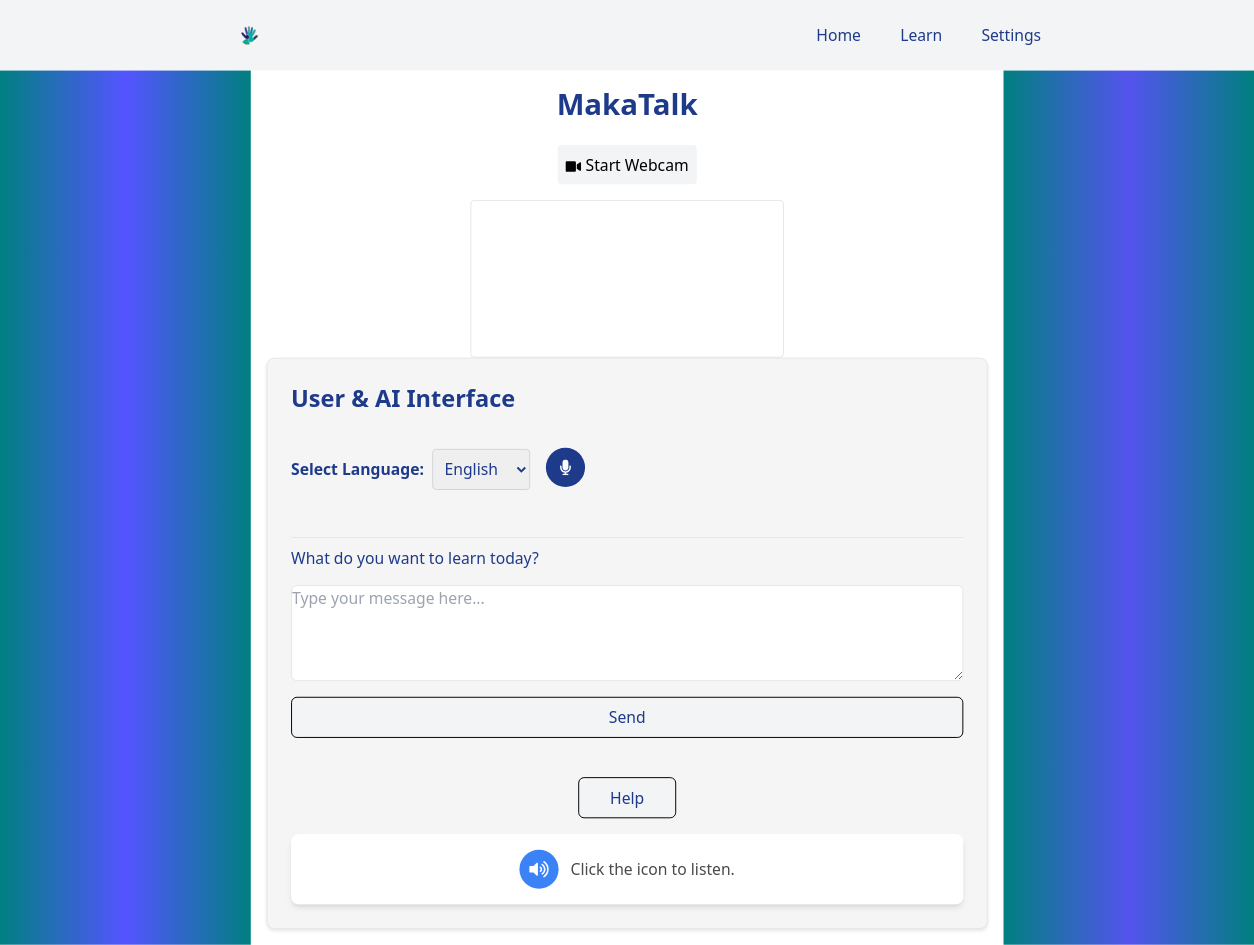
Repository: maria2469/MakaTalk
Page: /learn
An editor plug-in stored every save of this project. The page is shown before and after a run of saves, followed by the edit.
The browser window is 1280 px wide. The pictures show the whole page, at 98% of full size.
The page's requests for data from a server got no answer. The project was rebuilt for these pictures with package versions that can differ from the ones it lists, and the page was loaded fresh each time. No one was signed in, and anything a server would have sent is missing. Also part of the build but not shown: vite.config.js, src/components/LandingPage/Landing.jsx.

Above is the page before, as saved 2024-10-10 14:52:02.

### index.html
<!doctype html>
<html lang="en">
  <head>
    <meta charset="UTF-8" />
    <link rel="icon" type="image/svg+xml" href="/images/MakaTalkLogo.svg" />
    <meta name="viewport" content="width=device-width, initial-scale=1.0" />
    <title>MakaTalk</title>
  </head>
  <body>
    <div id="root"></div>
    <script type="module" src="/src/main.jsx"></script>
  </body>
</html>

### src/main.jsx

console.log('main.js loaded'); // Add this line


import { StrictMode } from 'react'
import { createRoot } from 'react-dom/client'
import App from './App.jsx'
import './index.css'

createRoot(document.getElementById('root')).render(
  <StrictMode>

    <App />
  </StrictMode>,
)

### src/App.jsx
import React from "react";
import { BrowserRouter as Router, Routes, Route } from "react-router-dom";
import Landing from "./components/LandingPage/Landing";
import Learn from "./components/Learn/Learn";

const App = () => {
  return (
    <Router>
      <Routes>
        <Route path="/" element={<Landing />} />
        <Route path="/learn" element={<Learn />} />
      </Routes>
    </Router>
  );
};

export default App;

### src/components/LandingPage/Navbar.jsx
import React from 'react';

const Navbar = () => {
  return (
    <div className="flex items-center justify-around p-3 bg-gray-100 text-blue-900 gap-40">
      <img src="/images/MakaTalkLogo.svg" alt="Logo" className="h-12 w-auto ml-5 justify-start" /> {/* Logo aligned to the extreme left */}
      <div className="flex space-x-10 mr-2 justify-center ">
        <p className="cursor-pointer hover:text-black">Home</p>
        <p className="cursor-pointer hover:text-black">Learn</p>
        <p className="cursor-pointer hover:text-black">Settings</p>
      </div>
    </div>
  );
}

export default Navbar;

### src/components/Learn/Learn.css
:root {
  --primary-color: #3b82f6; /* Blue */
  --primary-hover: #2563eb; /* Darker blue on hover */
  --background-color: #ffffff; /* White */
  --light-gray: #e5e7eb; /* Light gray */
  --gradient-left: linear-gradient(to right, teal, rgba(48, 48, 255, 0.827), teal);
  --gradient-right: linear-gradient(to right, teal, rgba(47, 47, 234, 0.822), teal);
}

.learn-container {
  display: flex;
  flex-direction: column;
  height: 100vh; /* Full viewport height */
}

.main-content {
  display: flex;
  flex: 1; /* Allow main content to fill the remaining space */
  position: relative; /* Set relative positioning */
}

.left-section,
.right-section {
  width: 20%; /* Each side section takes up 20% of the width */
  display: flex;
  align-items: center;
  justify-content: center;
  color: #1e3a8a; /* Set text color to blue-900 */
}

.left-section {
  background: var(--gradient-left); /* Light to dark blue gradient */
}

.right-section {
  background: var(--gradient-right); /* Darker blue gradient */
}

.center-section {
  width: 60%;
  display: flex;
  flex-direction: column;
  align-items: center;
  justify-content: center; /* Vertically center the content */
  background-color: var(--background-color);
  padding: 1rem;
  height: 100%; /* Ensure it takes full height of the container */
  color: #1e3a8a; /* Set text color to blue-900 */
}

h1 {
  text-align: center; /* Center the text horizontally */
  margin: 0; /* Reset margin to avoid unnecessary space */
}

.interface-card {
  padding: 1.5rem;
  border: 1px solid var(--light-gray);
  border-radius: 0.5rem;
  box-shadow: 0 2px 4px rgba(0, 0, 0, 0.1);
  width: 100%;
  height: auto; /* Adjust height so the content fits without scrolling */
  background-color: #F5F5F5;
  color: #1e3a8a; /* Set text color to blue-900 */
}

textarea {
  border: 1px solid var(--light-gray);
  padding: 0.5rem;
  border-radius: 0.375rem;
  width: 100%; /* Full width */
  color: #1e3a8a; /* Set text color to blue-900 */
}

/* Button container for the row */
.button-row {
  display: flex;
  gap: 1rem; /* Space between the buttons */
  margin-top: 1rem; /* Space above the buttons */

}

.send-button, .help-button {
  background-color: var(--primary-color);
  color: white;
  border: none;
  border-radius: 8px;
  padding: 12px 24px;
  font-size: 16px;
  cursor: pointer;
  transition: background-color 0.3s ease, transform 0.2s ease;
}

.send-button:hover, .help-button:hover {
  background-color: var(--primary-hover);
  transform: translateY(-2px); /* Slight lift effect */
}

.ai-response {
  margin-top: 1rem;
  border-top: 1px solid var(--light-gray);
  padding-top: 0.5rem;
  color: #1e3a8a; /* Set text color to blue-900 */
}

/* Common button styling */
.common-button {
  background-color: #f3f4f6; /* Gray-100 */
  border: 1px solid black; /* Black border */
  color: #1e3a8a; /* Set text color to blue-900 */
  padding: 0.5rem 2rem; /* Padding */
  border-radius: 0.375rem; /* Rounded corners */
  cursor: pointer; /* Pointer cursor */
  transition: background-color 0.3s ease; /* Smooth transition */
}

.common-button:hover {
  background-color: #1e40af; /* Blue-900 on hover */
  color: white; /* Optional: change text color on hover */
}

/* Responsive Design */
@media (max-width: 768px) {
  .left-section,
  .right-section,
  .center-section {
      width: 100%; /* Full width on small screens */
      padding: 0.5rem;
  }

  .main-content {
      flex-direction: column; /* Stack sections vertically */
  }

  .button-row {
      flex-direction: column; /* Stack buttons vertically on smaller screens */
      gap: 0.5rem;
  }
}
.language-and-speech {
  display: flex;
  gap: 1rem;
}

### src/components/Choices/Colors/Colors.jsx
// Colors.js
const colorOptions = {
    black: {
        image: './images/BlackSIG.svg', // Ensure this path is correct
        instructions: 'To sign black, hold your hand flat and move it across your chest.',
    },
    blue: {
        image: './images/BlueSIG.svg', // Ensure this path is correct
        instructions: 'To sign blue, wave your hand near your chest.',
    },
    brown: {
        image: './images/BrownSIG.svg', // Ensure this path is correct
        instructions: 'To sign brown, use a flat hand and tap it on your forehead.',
    },
    gold: {
        image: './images/GoldSIG.svg', // Ensure this path is correct
        instructions: 'To sign gold, touch your fingers to your chin and move down.',
    },
    green: {
        image: './images/GreenSIG.svg', // Ensure this path is correct
        instructions: 'To sign green, point your finger up and wiggle it.',
    },
    grey: {
        image: './images/GreySIG.svg', // Ensure this path is correct
        instructions: 'To sign grey, make a “G” shape with your hand.',
    },
    orange: {
        image: './images/OrangeSIG.svg', // Ensure this path is correct
        instructions: 'To sign orange, use a fist and tap it on your side.',
    },
    pink: {
        image: './images/PinkSIG.svg', // Ensure this path is correct
        instructions: 'To sign pink, extend your pinky finger and wave it.',
    },
    purple: {
        image: './images/PurpleSIG.svg', // Ensure this path is correct
        instructions: 'To sign purple, move your hand in a circular motion.',
    },
    red: {
        image: './images/RedSIG.svg', // Ensure this path is correct
        instructions: 'To sign red, extend your hand and touch your chin.',
    },
    silver: {
        image: './images/SilverSIG.svg', // Ensure this path is correct
        instructions: 'To sign silver, make a fist and tap it on your wrist.',
    },
    white: {
        image: './images/WhiteSIG.svg', // Ensure this path is correct
        instructions: 'To sign white, wave your hand in front of your chest.',
    },
    yellow: {
        image: './images/YellowSIG.svg', // Ensure this path is correct
        instructions: 'To sign yellow, make a “Y” shape with your hand and shake it.',
    },
    // Add more colors and their corresponding images and instructions as needed
};

export default colorOptions;

### src/components/Languagedropdown/Language.jsx
import React from 'react';

const LanguageDropdown = ({ selectedLanguage, onLanguageChange, languages }) => {
  // Default language options in case languages aren't passed as props
  const defaultLanguages = [
    { code: 'en', label: 'English' },
    { code: 'es', label: 'Spanish' },
    { code: 'fr', label: 'French' },
    { code: 'de', label: 'German' },
    { code: 'zh', label: 'Chinese' },
    // Add more languages as needed
  ];

  const availableLanguages = languages || defaultLanguages; // Use passed languages or default

  return (
    <div className="language-dropdown mb-4 mt-5">
      <label htmlFor="languageSelect" className="font-bold mr-2">
        Select Language:
      </label>
      <select
        id="languageSelect"
        aria-label="Select language"
        value={selectedLanguage}
        onChange={onLanguageChange} // Pass the handler from the parent
        className="border border-gray-300 rounded p-2"
      >
        {availableLanguages.map((lang) => (
          <option key={lang.code} value={lang.code}>
            {lang.label}
          </option>
        ))}
      </select>
    </div>
  );
};

export default LanguageDropdown;

### src/components/UserAiResponse/UserAiResponse.jsx
import React from 'react';

const UserAiResponse = ({ aiResponse, userInput, onInputChange, onSubmit }) => {
    return (
        <div className="flex flex-col">
            <div className="ai-response mb-4">
                <p>{aiResponse}</p>
            </div>
            <textarea
                placeholder="Type your message here..."
                rows="4"
                value={userInput}
                onChange={onInputChange}
            />
            <button className="common-button mt-4" onClick={onSubmit}>
                Send
            </button>
        </div>
    );
};

export default UserAiResponse;

### src/components/VoiceToVoice/VoiceToVoiceButton.jsx
import React, { useState } from 'react';
import { FaMicrophone } from 'react-icons/fa';
import TextToSpeech from '../TextToSpeech/TextToSpeech'; // Import the TextToSpeech component

const VoiceToVoiceButton = ({ selectedLanguage }) => {
    const [userInput, setUserInput] = useState('');
    const [aiResponse, setAiResponse] = useState('');
    const [isProcessing, setIsProcessing] = useState(false);
    const [isListening, setIsListening] = useState(false);
    const [recognition, setRecognition] = useState(null); // State to store recognition instance

    // Function to handle API call to backend
    const handleApiCall = async (inputText) => {
        setIsProcessing(true);

        try {
            const response = await fetch('/api/process-input', {
                method: 'POST',
                headers: {
                    'Content-Type': 'application/json',
                },
                body: JSON.stringify({
                    text: inputText,
                    language: selectedLanguage,
                }),
            });

            const data = await response.json();
            setAiResponse(data.response);
            // Play AI response with TextToSpeech
            if (data.response) {
                // Use the TextToSpeech component here or trigger a text-to-speech function
                // If you have a separate function, you can call it here
            }
        } catch (error) {
            console.error('API call failed:', error);
        } finally {
            setIsProcessing(false);
        }
    };

    const handleSpeechRecognition = () => {
        if (!window.SpeechRecognition && !window.webkitSpeechRecognition) {
            console.error('SpeechRecognition is not supported in this browser');
            return;
        }

        const SpeechRecognition =
            window.SpeechRecognition || window.webkitSpeechRecognition;

        // If recognition instance already exists and is listening, stop it
        if (recognition && isListening) {
            recognition.stop();
            setIsListening(false);
            return; // Exit the function to prevent starting again
        }

        const newRecognition = new SpeechRecognition();
        setRecognition(newRecognition); // Store the recognition instance

        newRecognition.lang = selectedLanguage;
        newRecognition.interimResults = false;
        newRecognition.continuous = false;

        newRecognition.onstart = () => setIsListening(true);

        newRecognition.onresult = (event) => {
            const transcriptedText = Array.from(event.results)
                .map((result) => result[0].transcript)
                .join('');
            handleApiCall(transcriptedText);
        };

        newRecognition.onend = () => setIsListening(false);
        newRecognition.onerror = (event) => console.error('SpeechRecognition error:', event.error);

        newRecognition.start();
    };

    return (
        <div className="voice-to-voice-button">
            <div className="flex mt-0 p-0">
                <button
                    onClick={handleSpeechRecognition}
                    className={`p-3 rounded-full ${isListening ? 'bg-blue-500' : 'bg-blue-900'} text-white`}
                    disabled={isProcessing}
                >
                    <FaMicrophone />
                </button>
            </div>

            {isProcessing && <p>Processing...</p>}

            {/* TextToSpeech Component for user input */}
            {userInput && (
                <TextToSpeech text={userInput} selectedLanguage={selectedLanguage} />
            )}

            {/* TextToSpeech Component to play AI response in the selected language */}
            {aiResponse && (
                <TextToSpeech text={aiResponse} selectedLanguage={selectedLanguage} />
            )}
        </div>
    );
};

export default VoiceToVoiceButton;

### src/components/TextToSpeech/TextToSpeech.jsx
import React, { useEffect, useState } from 'react';
import { FaVolumeUp } from 'react-icons/fa';
import "./TextToSpeech.css"

const TextToSpeech = ({ text, selectedLanguage }) => {
    const [isSpeaking, setIsSpeaking] = useState(false);

    const handleSpeak = () => {
        if (!text) return;

        // Initialize speech synthesis
        const synth = window.speechSynthesis;
        const utterance = new SpeechSynthesisUtterance(text);

        // Set language for speech synthesis
        utterance.lang = selectedLanguage;

        // Set speaking state to true when speaking starts
        utterance.onstart = () => {
            setIsSpeaking(true);
        };

        // Reset speaking state when speaking ends
        utterance.onend = () => {
            setIsSpeaking(false);
        };

        // Cancel any ongoing speech before starting a new one
        if (synth.speaking) {
            synth.cancel();
        }

        // Start speaking
        synth.speak(utterance);
    };

    return (
        <div className="text-to-speech flex items-center justify-center p-4 rounded-lg shadow-md bg-white">
            <button
                onClick={handleSpeak}
                className={`p-3 rounded-full transition-colors duration-200 ${isSpeaking ? 'bg-gray-500' : 'bg-blue-500 hover:bg-blue-900'} text-white`}
                disabled={isSpeaking}
                aria-label="Play Audio" // Added for accessibility
            >
                <FaVolumeUp size={20} />
            </button>
            <p className="ml-3 text-gray-800 font-medium">{isSpeaking ? `Speaking: ${text}` : 'Click the icon to listen.'}</p>
        </div>
    );
};

export default TextToSpeech;

### src/components/Learn/Webcam/Webcam.jsx
import React, { useRef, useState, useEffect } from 'react';
import { FaVideo, FaVideoSlash } from 'react-icons/fa'; // Import video and stop icons

const WebcamStream = () => {
  const videoRef = useRef(null);
  const canvasRef = useRef(null);
  const [isStreaming, setIsStreaming] = useState(false); // Toggle between streaming states
  const socket = useRef(null);

  useEffect(() => {
    // Setup WebSocket connection
    socket.current = new WebSocket("ws://localhost:5000"); // Assuming backend is running on localhost:5000
    socket.current.onopen = () => console.log("Connected to server");
    socket.current.onclose = () => console.log("Disconnected from server");

    return () => {
      if (socket.current) socket.current.close();
    };
  }, []);

  const startWebcam = async () => {
    try {
      const stream = await navigator.mediaDevices.getUserMedia({ video: true });
      videoRef.current.srcObject = stream;
      videoRef.current.play();
      setIsStreaming(true); // Webcam is now streaming
      captureFrames();
    } catch (error) {
      console.error("Error accessing webcam:", error);
    }
  };

  const stopWebcam = () => {
    const stream = videoRef.current.srcObject;
    const tracks = stream?.getTracks();
    if (tracks) {
      tracks.forEach(track => track.stop()); // Stop each track of the stream
      videoRef.current.srcObject = null; // Clear the video source
      setIsStreaming(false); // Webcam is no longer streaming
    }
  };

  const captureFrames = () => {
    if (!isStreaming || !videoRef.current || !canvasRef.current) return;

    const context = canvasRef.current.getContext('2d');
    const width = videoRef.current.videoWidth;
    const height = videoRef.current.videoHeight;

    // Set canvas dimensions to match the video element
    canvasRef.current.width = width;
    canvasRef.current.height = height;

    // Draw the current frame onto the canvas
    context.drawImage(videoRef.current, 0, 0, width, height);

    // Send the frame as an image data URL to the backend via WebSocket
    const frameData = canvasRef.current.toDataURL('image/jpeg'); // Convert the frame to a JPEG image
    socket.current.send(frameData); // Send the image data to the backend

    // Capture the next frame in the next animation frame
    requestAnimationFrame(captureFrames);
  };

  return (
    <div className="flex flex-col items-center">
      <button
        onClick={isStreaming ? stopWebcam : startWebcam} // Toggle between starting and stopping webcam
        className="mb-4 p-2 bg-gray-100 text-black rounded hover:bg-gray-200"
      >
        {isStreaming ? (
          <FaVideoSlash className="inline-block text-black" /> // Show stop icon when streaming
        ) : (
          <FaVideo className="inline-block text-black" /> // Show start icon when not streaming
        )}
        {isStreaming ? ' Stop Webcam' : ' Start Webcam'} {/* Toggle button label */}
      </button>
      <video ref={videoRef} width="320" height="240" className="border rounded" />
      <canvas ref={canvasRef} style={{ display: 'none' }} />
    </div>
  );
};

export default WebcamStream;

### src/components/Learn/Help/Help.jsx
import React, { useState } from 'react';
import GifStore from '../../GifStore/GifStore';

const Help = () => {
  const [isOpen, setIsOpen] = useState(false);
  const [helpOption, setHelpOption] = useState('');
  const [selectedGif, setSelectedGif] = useState('');

  const toggleHelpMenu = () => {
    setIsOpen((prev) => !prev);
    if (!isOpen) {
      setHelpOption(''); // Reset when closing
      setSelectedGif('');
    }
  };

  const handleOptionSelect = (option) => {
    setHelpOption(option);
    setIsOpen(false);
  };

  const handleColorSelect = (color) => {
    const gif = GifStore.getGif(color);
    setSelectedGif(gif || '');
    if (!gif) console.error(`GIF not found for the color: ${color}`);
  };

  const renderHelpOptions = () => (
    <div className="help-options bg-white border rounded shadow-md mt-2 p-4">
      <h3 className="font-bold mb-2">Select Help Option:</h3>
      {['AI', 'GIFs'].map((option) => (
        <button key={option} className="common-button" onClick={() => handleOptionSelect(option)}>
          Help from {option}
        </button>
      ))}
    </div>
  );

  const renderGifHelp = () => (
    <div className="gif-help mt-4">
      <h4 className="font-bold">Select a color for GIF help:</h4>
      {GifStore.colorGifs && Object.keys(GifStore.colorGifs).length > 0 ? (
        Object.keys(GifStore.colorGifs).map((color) => (
          <button key={color} className="common-button m-1" onClick={() => handleColorSelect(color)}>
            {color.charAt(0).toUpperCase() + color.slice(1)}
          </button>
        ))
      ) : (
        <p>No GIFs available. Please check GifStore configuration.</p>
      )}
      {selectedGif && <img src={selectedGif} alt="Color GIF" className="mt-2 w-full" />}
    </div>
  );

  const renderAIHelp = () => (
    <div className="ai-help mt-4">
      <h4 className="font-bold">AI Assistance</h4>
      <p>Here is some AI-powered assistance.</p>
      {/* Add your AI interaction logic here */}
    </div>
  );

  return (
    <div className="flex flex-col items-center mt-10">
      <button className="common-button" onClick={toggleHelpMenu}>Help</button>
      {isOpen && renderHelpOptions()}
      {helpOption === 'GIFs' && renderGifHelp()}
      {helpOption === 'AI' && renderAIHelp()}
    </div>
  );
};

export default Help;

### src/components/TextToSpeech/TextToSpeech.css
.text-to-speech {
    display: flex;
    align-items: center;
    justify-content: start;
    padding: 16px; /* Adjusted padding */
    border-radius: 8px; /* Rounded corners */
    background-color: #fff; /* White background for better contrast */
    box-shadow: 0 2px 4px rgba(0, 0, 0, 0.1); /* Subtle shadow */
    margin-top: 16px; /* Lift the component with top margin */
}

.text-to-speech button {
    padding: 10px; /* Added padding for better clickability */
    border-radius: 50%; /* Fully rounded button */
    transition: background-color 0.2s; /* Smooth transition for hover effect */
}

.text-to-speech p {
    margin-left: 12px; /* Space between button and text */
    color: #4A4A4A; /* Darker text color for better readability */
    font-weight: 500; /* Medium font weight */
}

### src/components/GifStore/GifStore.jsx
const colorGifs = {
  black: '/gifs/black.gif',
  blue: '/gifs/blue.gif',
  brown: '/gifs/brown.gif',
  gold: '/gifs/gold.gif',
  green: '/gifs/green.gif',
  grey: '/gifs/grey.gif',
  orange: '/gifs/orange.gif',
  pink: '/gifs/pink.gif',
  purple: '/gifs/purple.gif',
  red: '/gifs/red.gif',
  silver: '/gifs/silver.gif',
  white: '/gifs/white.gif',
  yellow: '/gifs/yellow.gif',
};

// Export the GIFs and any necessary functions
const GifStore = {
  colorGifs, // Ensure this is properly exported
  getGif: (color) => {
    if (colorGifs[color]) {
      return colorGifs[color];
    } else {
      console.warn(`No GIF found for color: ${color}`); // Add warning for unmatched colors
      return null;
    }
  },
};

export default GifStore;

Loaded but not shown: src/index.css (common file); tailwind.config.js (common file); src/components/Learn/Learn.jsx (128 lines, source omitted)

After the next 2 saves:
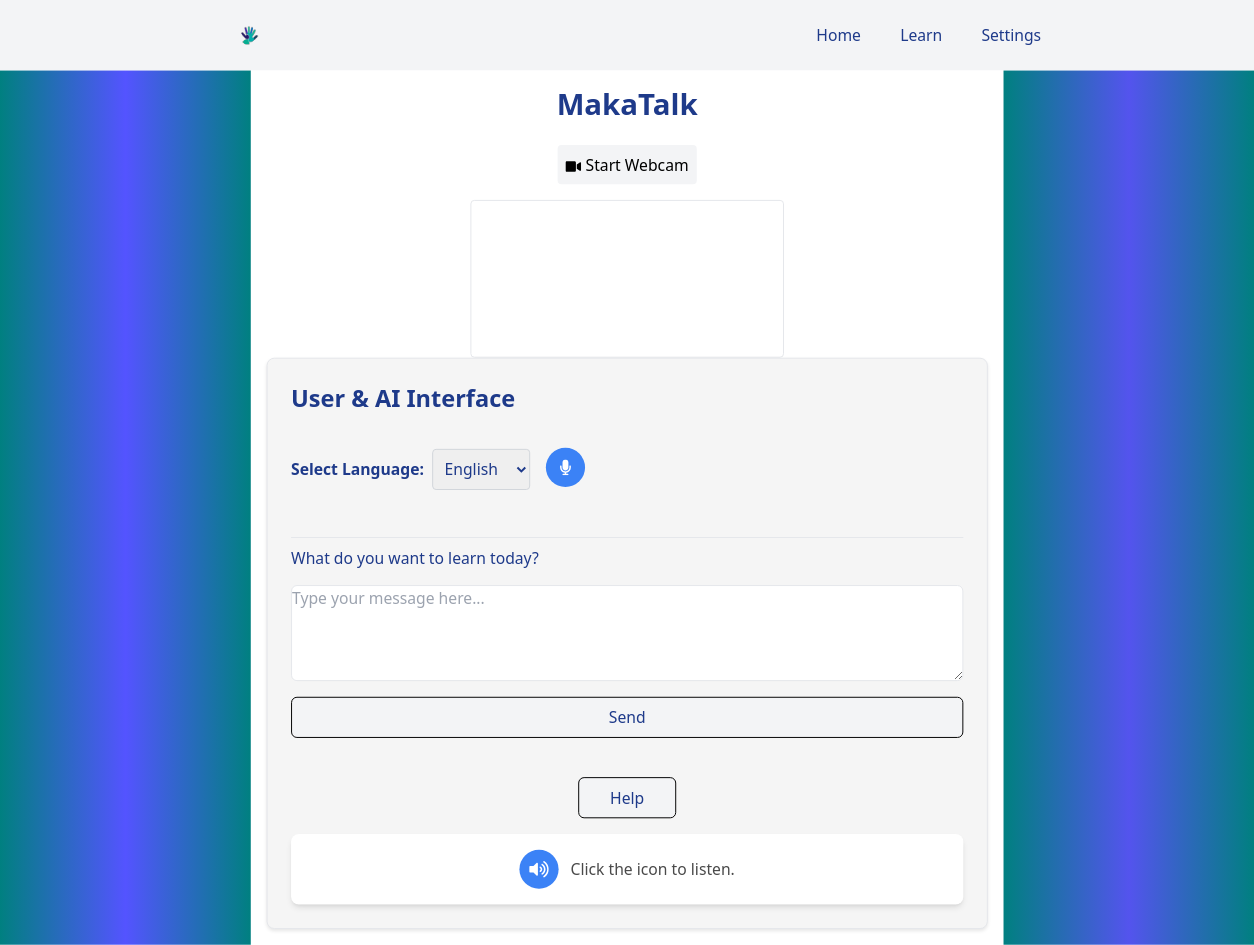
The 2 saves are shown as one change because they came seconds apart.
The last was saved 8 s later.
--- a/src/components/VoiceToVoice/VoiceToVoiceButton.jsx
+++ b/src/components/VoiceToVoice/VoiceToVoiceButton.jsx
@@ -82,7 +82,7 @@ const VoiceToVoiceButton = ({ selectedLanguage }) => {
             <div className="flex mt-0 p-0">
                 <button
                     onClick={handleSpeechRecognition}
-                    className={`p-3 rounded-full ${isListening ? 'bg-blue-500' : 'bg-blue-900'} text-white`}
+                    className={`p-3 rounded-full ${isListening ? 'bg-blue-900' : 'bg-blue-500'} text-white`}
                     disabled={isProcessing}
                 >
                     <FaMicrophone />
